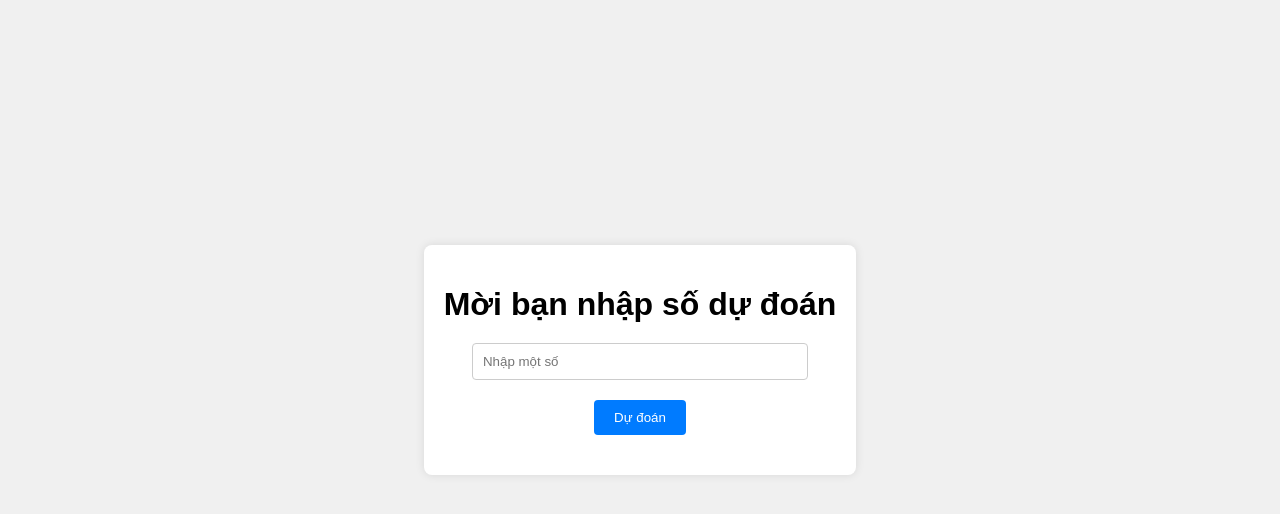
Repository: hieuche123/celiominigame
Page: index.html
The author's editor kept a copy of each file at every save. The page is drawn from the files as they stood at one save, then again after the next save.
The browser window is 1280 px wide. The pictures show the whole page.

Above is the page before, as saved 2024-06-03 20:47:43.

### index.html
<!DOCTYPE html>
<html lang="en">
  <head>
    <meta charset="UTF-8" />
    <meta name="viewport" content="width=device-width, initial-scale=1.0" />
    <title>Number Transformer</title>
    <link rel="stylesheet" href="styles.css" />
  </head>
  <body>
    <div class="container">
      <h1>Mời bạn nhập số dự đoán</h1>
      <input type="number" id="userNumber" placeholder="Nhập một số" />
      <button onclick="transformNumber()">Dự đoán</button>
      <p id="result"></p>
    </div>
    <script src="script.js"></script>
  </body>
</html>

### styles.css
body {
    font-family: Arial, sans-serif;
    background-color: #f0f0f0;
    display: flex;
    justify-content: center;
    align-items: center;
    height: 100vh;
    margin: 0;
}

.container {
    background-color: white;
    padding: 20px;
    border-radius: 8px;
    box-shadow: 0 0 10px rgba(0, 0, 0, 0.1);
    text-align: center;
}

h1 {
    margin-bottom: 20px;
}

input {
    padding: 10px;
    margin-bottom: 20px;
    border: 1px solid #ccc;
    border-radius: 4px;
    width: 80%;
}

button {
    padding: 10px 20px;
    border: none;
    border-radius: 4px;
    background-color: #007BFF;
    color: white;
    cursor: pointer;
}

button:hover {
    background-color: #0056b3;
}

#result {
    margin-top: 20px;
    font-size: 1.2em;
    color: #333;
}

### script.js
function transformNumber() {
    var userNumber = document.getElementById('userNumber').value;
    var resultElement = document.getElementById('result');

    if (userNumber === "") {
        resultElement.textContent = "Vui lòng nhập một số.";
        return;
    }

    var transformedNumber = generateDifferentNumber(userNumber);
    resultElement.textContent = "Kết quả trúng thưởng: " + transformedNumber;
}

function generateDifferentNumber(number) {
    var newNumber = parseInt(number) + 1;
    if (newNumber == number) {
        newNumber++;
    }
    return newNumber;
}

After the next save:
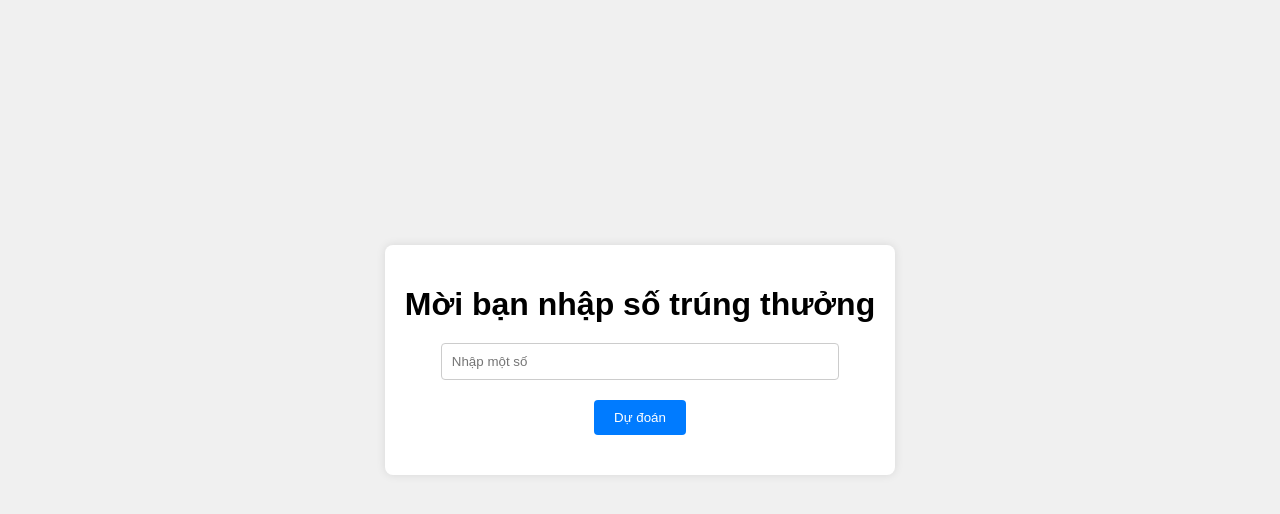
Saved 26 s later.
--- a/index.html
+++ b/index.html
@@ -8,7 +8,7 @@
   </head>
   <body>
     <div class="container">
-      <h1>Mời bạn nhập số dự đoán</h1>
+      <h1>Mời bạn nhập số trúng thưởng</h1>
       <input type="number" id="userNumber" placeholder="Nhập một số" />
       <button onclick="transformNumber()">Dự đoán</button>
       <p id="result"></p>
